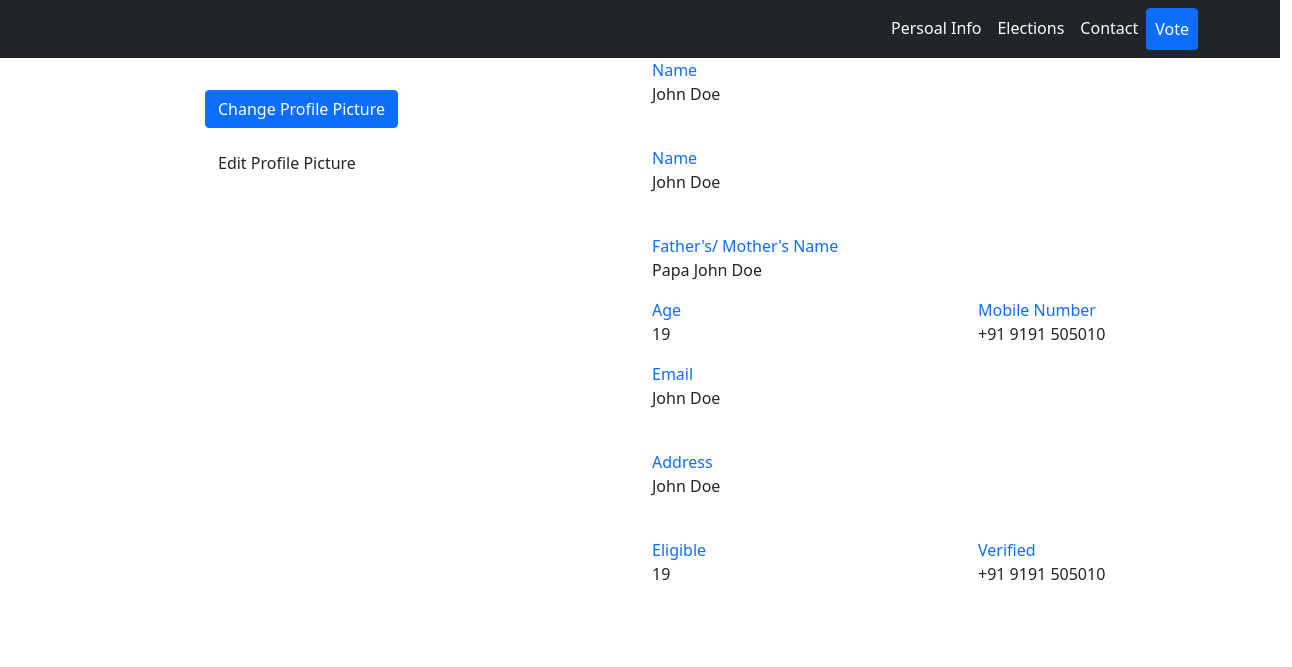
Repository: DavidManiIbrahim/Voting-app
Page: profile.html
The author's editor kept a copy of each file at every save. The page is drawn from the files as they stood at one save, then again after a run of saves.
The browser window is 1280 px wide. The page is 1292 px wide, so the pictures cover 1292 px, including what lies to the right of the window. The pictures show the whole page.

Above is the page before, as saved 2025-01-20 05:08:15.

### profile.html
<!DOCTYPE html>
<html lang="en">
<head>
    <meta charset="UTF-8">
    <meta name="viewport" content="width=device-width, initial-scale=1.0">
    <title>Document</title>
    <link rel="stylesheet" href="./bootstrap.css">
</head>
<body>

<!-- NavBar -->

<nav class="navbar navbar-expand-lg bg-dark text-white">
    <div class="container">
      <!-- <a href="#" class="navbar-brand text-white">Voting App</a> -->

      <button
        class="navbar-toggler bg-primary ms-auto"
        data-bs-target="#navmenu"
        data-bs-toggle="collapse"
      >
        <span class="navbar-toggler-icon "></span>
      </button>
      <div class="collapse navbar-collapse" id="navmenu">
        <ul class="navbar-nav ms-auto text-center">
          <li class="nav-link active text-white">Persoal Info</li>
          <li class="nav-link text-white">Elections</li>
          <li class="nav-link text-white">Contact</li>
          <a href="./vote.html" class="nav-link btn btn-primary text-white"
            >Vote</a
          >
        </ul>
      </div>
    </div>
  </nav>

  <!-- user info -->
<div class="row">
    <div class="col-md">
        <div class="container">
            <!-- <img src="./unsplash_LA1VawaCjjI.svg" alt="" class="img-fluid rounded-circle"> -->
        </div>
        <div class="buttons m-auto border-1 w-50 ps-5 mt-3 p-3 justify-content-center">
            <button class="btn btn-primary ">Change Profile Picture</button><br>
            <button class="btn mt-3">Edit Profile Picture</button>

        </div>
    </div>

    <!-- Content -->

    <div class="col-md">
        <div class="content list-unstyled">
<ul class="list-unstyled">
    <li class="text-primary">Name</li>
    <span>John Doe</span>
</ul>
<br>
<ul class="list-unstyled">
    <li class="text-primary">Name</li>
    <span>John Doe</span>
</ul>
<br>
<ul class="list-unstyled">
    <li class="text-primary">Father's/ Mother's Name</li>
    <span>Papa John Doe</span>
</ul>
<div class="row">
    <ul class="col-md list-unstyled">
        <li class="text-primary">Age</li>
        <span>19</span>
    </ul>
    <br>
    <ul class="col-md list-unstyled">
        <li class="text-primary">Mobile Number</li>
        <span>+91 9191 505010</span>
    </ul>
    <br>
</div>
<ul class="list-unstyled">
    <li class="text-primary">Email</li>
    <span>John Doe</span>
</ul>
<br>
<ul class="list-unstyled">
    <li class="text-primary">Address</li>
    <span>John Doe</span>
</ul>
<br>
<div class="row">
    <ul class="col-md list-unstyled">
        <li class="text-primary">Eligible</li>
        <span>19</span>
    </ul>
    <br>
    <ul class="col-md list-unstyled">
        <li class="text-primary">Verified</li>
        <span>+91 9191 505010</span>
    </ul>
    <br>
</div>
        </div>
    </div>
</div>












<script src="./bootstrap.min.js"></script>
</body>
</html>

Loaded but not shown: bootstrap.css (library); bootstrap.min.js (library)

After the next 2 saves:
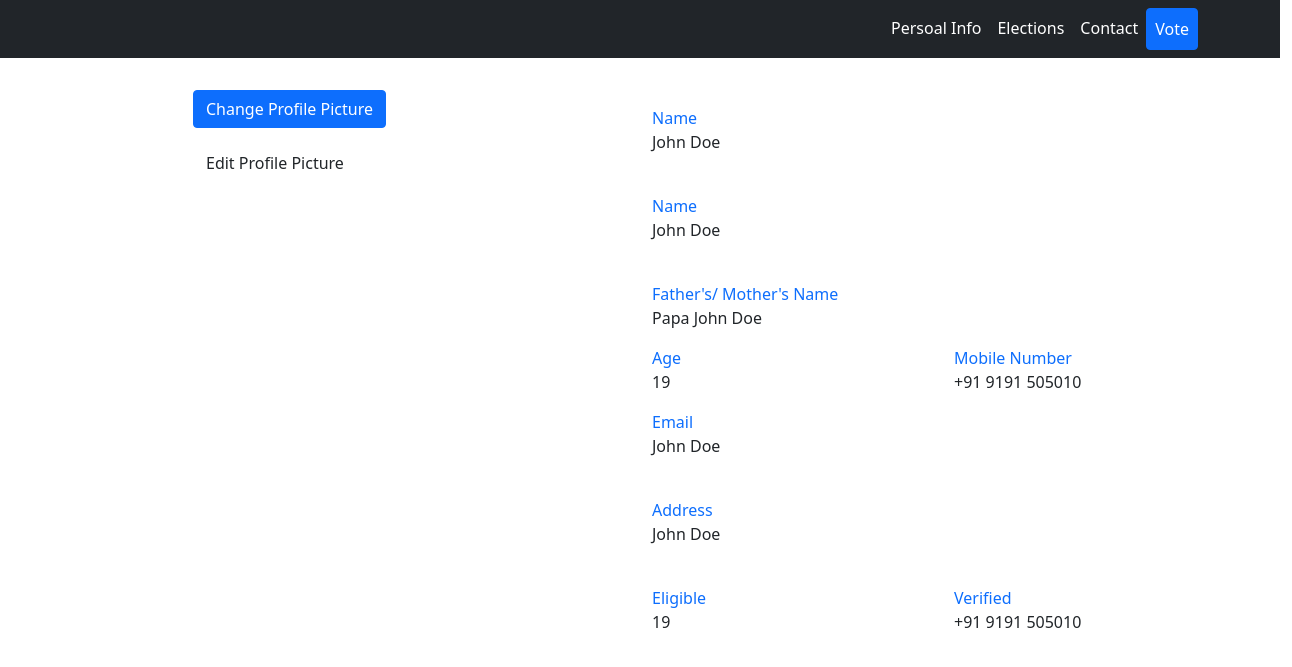
The 2 saves are shown as one change because they came seconds apart.
The last was saved 11 s later.
--- a/profile.html
+++ b/profile.html
@@ -49,7 +49,7 @@
 
     <!-- Content -->
 
-    <div class="col-md">
+    <div class="col-md m-5">
         <div class="content list-unstyled">
 <ul class="list-unstyled">
     <li class="text-primary">Name</li>
